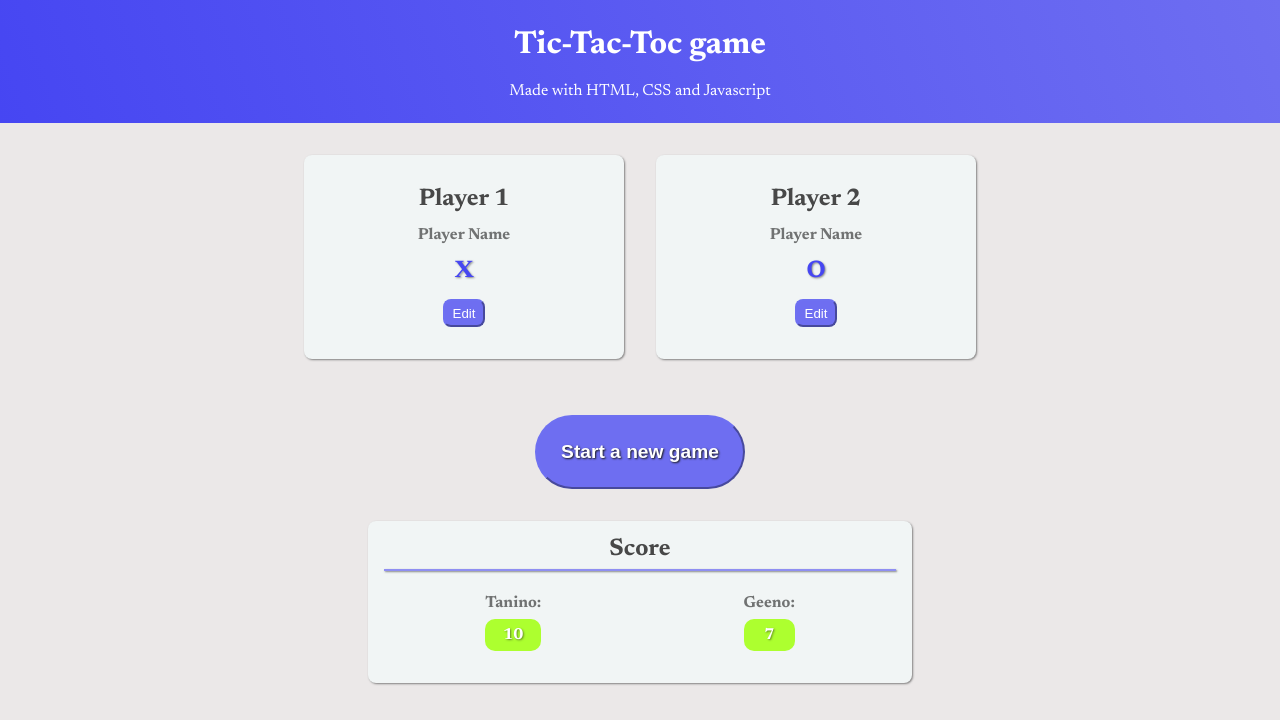
Repository: MicTomm/Tic-tac-toe-game
Page: index.html
The author's editor kept a copy of each file at every save. The page is drawn from the files as they stood at one save, then again after the next save.
The browser window is 1280 px wide. The pictures show the whole page.

Above is the page before, as saved 2023-06-26 21:28:12.

After the next save:
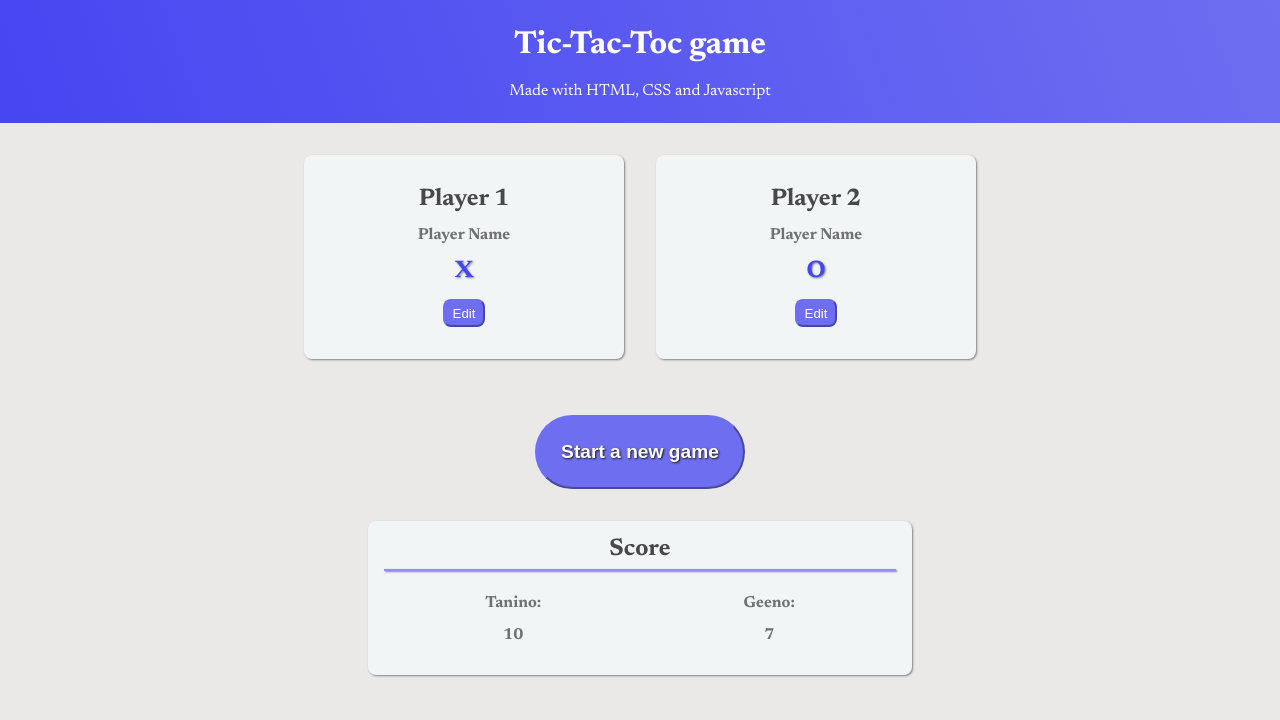
Saved 2 min 26 s later.
--- a/index.html
+++ b/index.html
@@ -80,10 +80,14 @@
             <hr>
             <div id="score-players-div">
                 <div id="p1-score">
-                    <p>Tanino: <span id="p1-score-span">10</span></p>
+                    <p>Tanino:
+                        <p id="p1-score-span">10</p>
+                    </p>
                 </div>
                 <div id="p2-score">
-                    <p>Geeno: <span id="p2-score-span">7</span></p>
+                    <p>Geeno:
+                        <p id="p2-score-span">7</p>
+                    </p>
                 </div>
             </div>
         </div>
